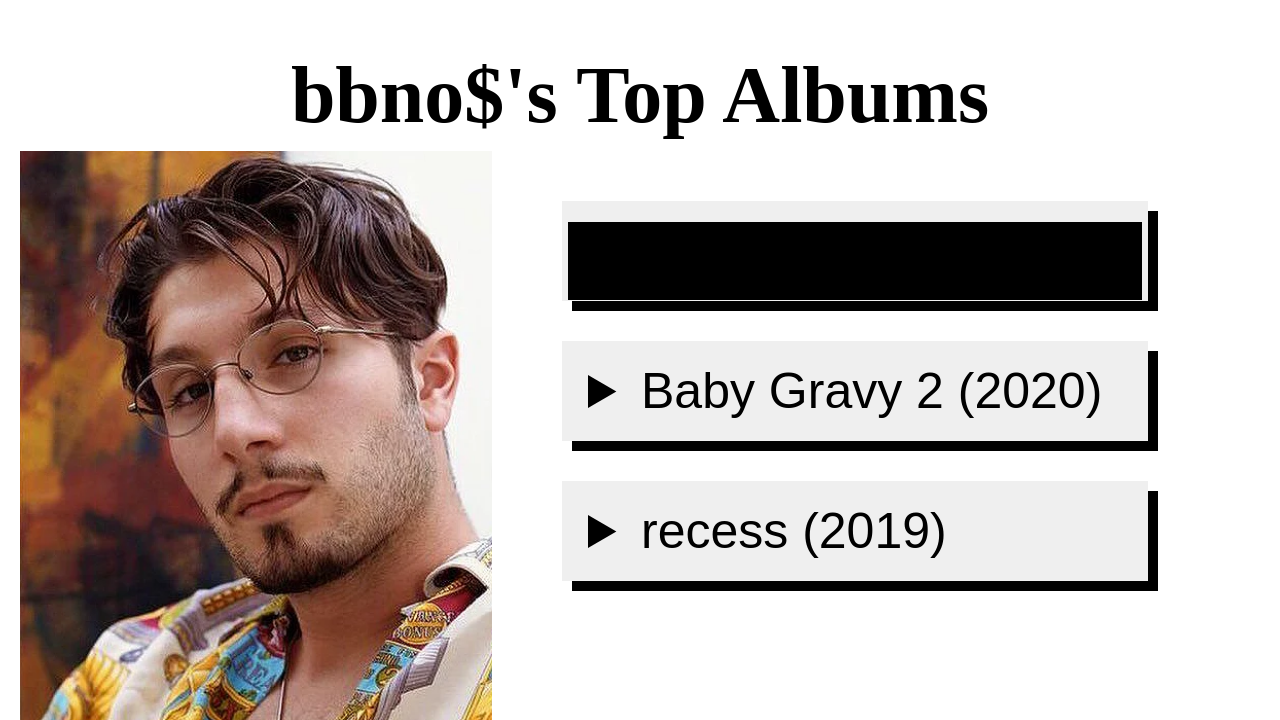
Repository: Jennica1/Lab1
Page: /
These files come from the project's save history. The page is drawn as it stood at one moment and after the next save; the edit follows.
The browser window is 1280 px wide. The pictures show the whole page.
The first visible `details` is being pressed.
The project was rebuilt for these pictures with package versions that can differ from the ones it lists, and the page was loaded fresh each time. Also part of the build but not shown: vite.config.js.

Above is the page before, as saved 2024-09-09 19:10:25.

After the next save:
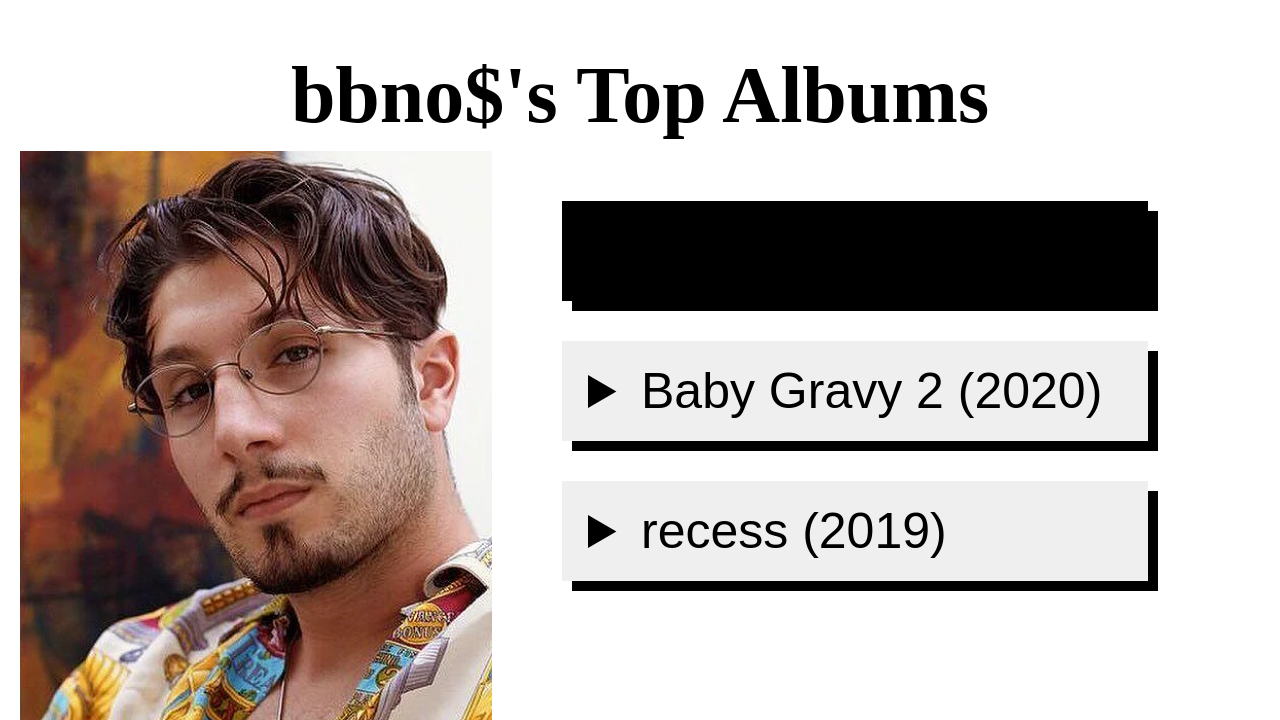
Saved 27 s later.
--- a/src/index.css
+++ b/src/index.css
@@ -10,7 +10,7 @@
     box-shadow: 10px 10px;
 }
 
-details:active {
+button:active {
     background-color: black;
 }
 
